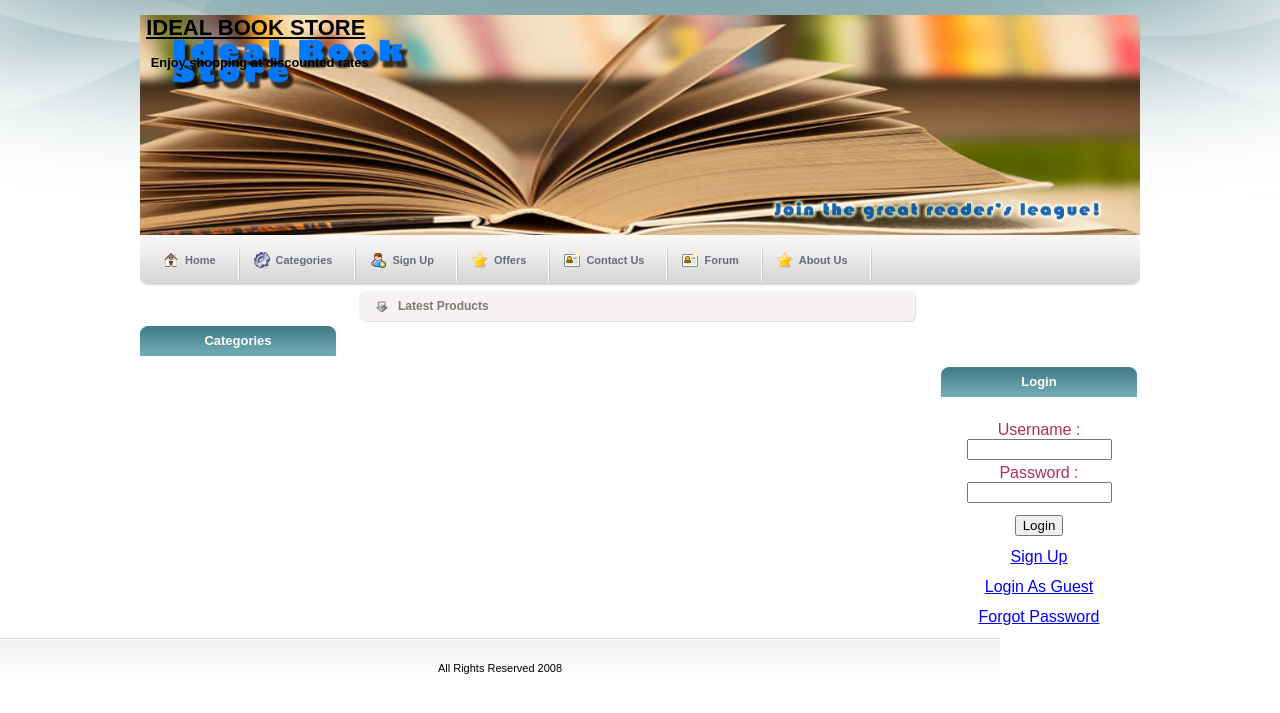
Repository: tusharjain887/Online-Book-Sales
Page: http://localhost/OnlineBook/
The author's editor kept a copy of each file at every save. The page is drawn from the files as they stood at one save, then again after the next save.
The browser window is 1280 px wide. The pictures show the whole page.
The page is served by Tomcat 9. Queries for data that is not in the repository find no rows.

Above is the page before, as saved 2013-04-09 08:23:41.

After the next save:
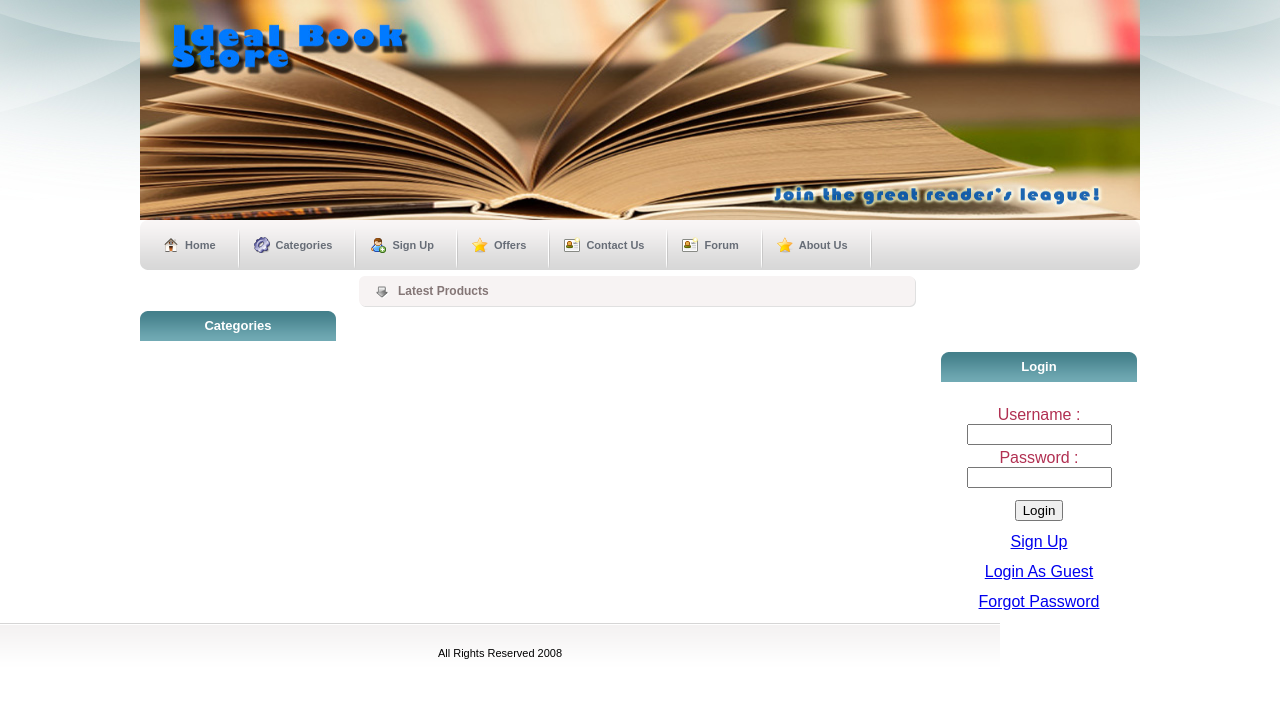
Saved 21 s later.
--- a/PROJECT/workspace/workspace/OnlineBook/WebContent/index.jsp
+++ b/PROJECT/workspace/workspace/OnlineBook/WebContent/index.jsp
@@ -29,8 +29,6 @@ if(c!=null)
 	}
 	%>
 	</div>
-	<div class="leftcontent"><h1>&nbsp<u>IDEAL BOOK STORE</u></h1></div>
-    <div class="leftdowncontent"><h3>&nbsp&nbsp&nbspEnjoy shopping at discounted rates</h3></div>
 
   </div>
 
